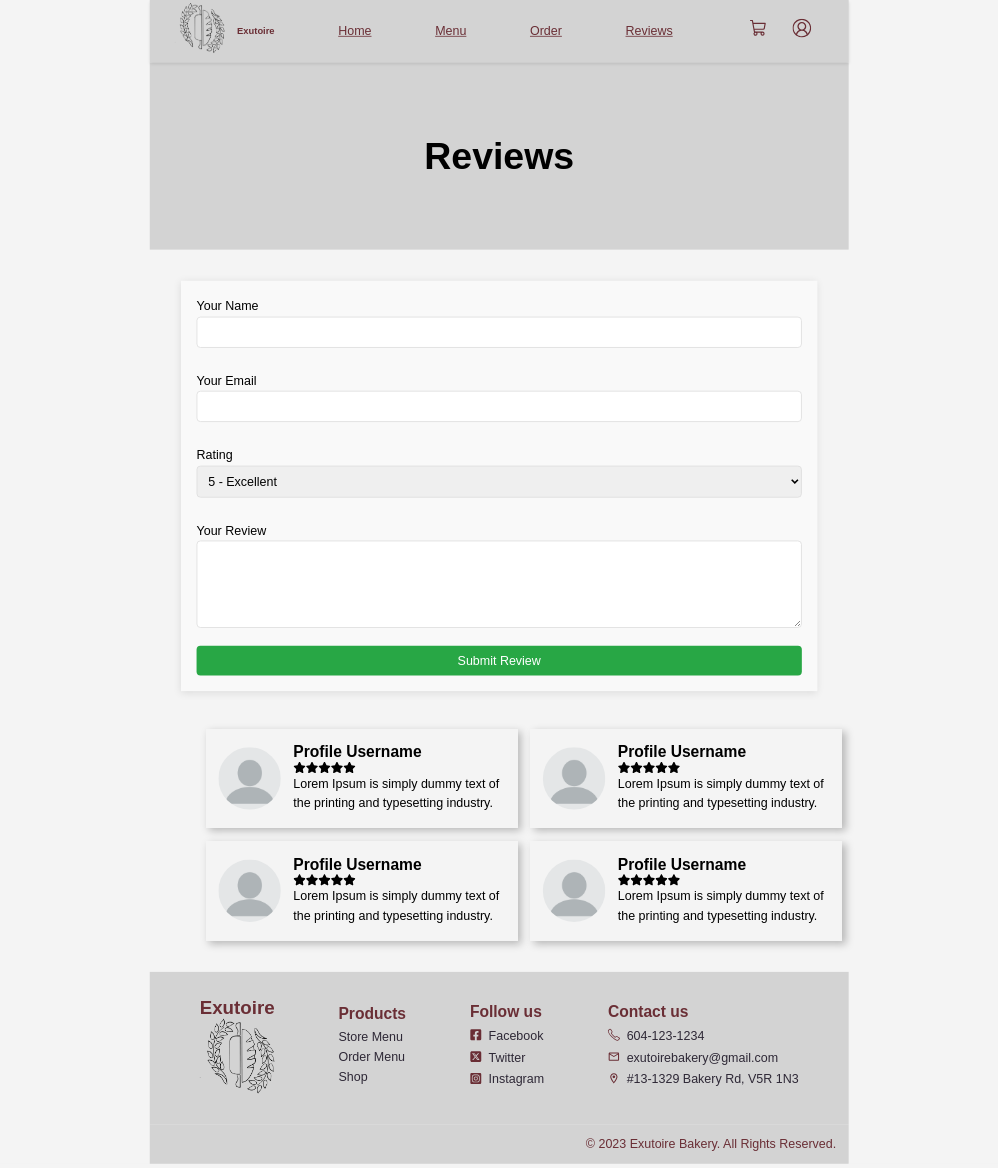
Repository: MelissaJacobi/COMP3170-final-proj
Page: /Reviews
An editor plug-in stored every save of this project. The page is shown before and after the next save, followed by the edit.
The browser window is 1280 px wide. The pictures show the whole page, at 78% of full size.
The project was rebuilt for these pictures with package versions that can differ from the ones it lists, and the page was loaded fresh each time. Also part of the build but not shown: vite.config.js, src/pages/ShoppingCart.module.css, src/components/ShoppingCartCard.module.css, src/components/ShoppingCartCard.jsx, src/components/OrderTotal.jsx, src/pages/ShoppingCart.jsx, src/pages/Profile.module.css, src/pages/Profile.jsx and 31 more.

Above is the page before, as saved 2024-10-19 19:54:46.

### src/main.jsx
import { StrictMode } from 'react'
import { createRoot } from 'react-dom/client'
import App from './App.jsx'
import './index.css'

const rootElement = document.getElementById('root');
if (rootElement) {
  createRoot(rootElement).render(
    <StrictMode>
      <App />
    </StrictMode>
  );
}

### src/App.jsx
import { BrowserRouter as Router, Routes, Route } from 'react-router-dom';
import styles from './App.module.css';
import Header from './components/Header';
import Footer from './components/Footer';
import Home from './pages/Home';
import Menu from './pages/menu';
import Bread from './pages/Bread';
import Pastries from './pages/Pastries';
import Cakes from './pages/Cakes';
import Drinks from './pages/Drinks';
import Seasonal from './pages/Seasonal';
import OrderPickUp from './pages/OrderPickUp';
import OrderDelivery from './pages/OrderDelivery';
import ShoppingCart from './pages/ShoppingCart';
import Profile from './pages/Profile';
import Reviews from './pages/reviews';

function App() {
  return (
    <Router>
      <div className={styles.appContainer}>
        <Header />
        <Routes>
          <Route path="/" element={<Home />} />
          <Route path="/menu" element={<Menu />} />
          <Route path="/menu/bread" element={<Bread />} />
          <Route path="/menu/pastries" element={<Pastries />} />
          <Route path="/menu/cakes" element={<Cakes />} />
          <Route path="/menu/drinks" element={<Drinks />} />
          <Route path="/menu/seasonal" element={<Seasonal />} />
          <Route path="/orderpickup" element={<OrderPickUp />} />
          <Route path="/orderdelivery" element={<OrderDelivery />} />
          <Route path="/shoppingcart" element={<ShoppingCart/>}/>
          <Route path="/profile" element={<Profile />}/>
          <Route path="/Reviews" element={<Reviews />}/>
        </Routes>
        <Footer />
      </div>
    </Router>
  );
}

export default App;

### src/index.css
* {
  margin: 0;
  padding: 0;
  box-sizing: border-box;
}

body {
  font-family: Arial, sans-serif;
  line-height: 1.6;
  background-color: #f4f4f4;
}

:root {
  --primary-color: lightgrey;
  --secondary-color: lightblue;
  --accent-color: #6A2E35;
  --background-color: white;
  --text-color: #2E2836;
}

### src/App.module.css
.appContainer {
    width: 70%;
    height: 100%;
    margin: auto;
}

### src/components/Header.jsx
// Header.tsx
import { Link, Route, Router, Routes } from 'react-router-dom';
import styles from './Header.module.css';
import logo from "../assets/images/logo.png";
import { PiShoppingCart } from "react-icons/pi";
import { VscAccount } from "react-icons/vsc";
import OverallCart from '../pages/ShoppingCart';
import Profile from '../pages/Profile';

export default function Header() {
  return (
    <div className={styles.container}>
      <div>
        <Link to ="/"><img src={logo} alt="Logo" className={styles.logo} /></Link>
        <p className={styles.siteTitle}>Exutoire</p>
      </div>
      <Link to="/" className={styles.links}>Home</Link>
      <Link to="/Menu" className={styles.links}>Menu</Link>
      <Link to="/OrderPickUp" className={styles.links}>Order</Link>
      <Link to="/Reviews" className={styles.links}>Reviews</Link>
      <div>
        <Link to="/ShoppingCart">
          <PiShoppingCart className={styles.icon} />
        </Link>
        <Link to="/Profile">
          <VscAccount className={styles.icon} />
        </Link>
      </div>
    </div>
  );
}

### src/components/Footer.tsx
import logo from "../assets/images/logo.png"
import styles from "./Footer.module.css"
import { FaFacebookSquare } from "react-icons/fa";
import { FaSquareXTwitter } from "react-icons/fa6";
import { FaInstagramSquare } from "react-icons/fa";
import { SlPhone } from "react-icons/sl";
import { MdOutlineMailOutline } from "react-icons/md";
import { MdOutlineLocationOn } from "react-icons/md";

export default function Footer() {

  return (
    <>
      <div className={styles.container}>
        <div>
            <p className={styles.siteTitle}>Exutoire</p>
            <img src={logo} alt="Logo" className={styles.logo}/>
        </div>
        <ul>
          <p>Products</p>
          <li>Store Menu</li>
          <li>Order Menu</li>
          <li>Shop</li>
        </ul>
        <ul>
          <p>Follow us</p>
          <li><FaFacebookSquare className={styles.socialIcon}/>Facebook</li>
          <li><FaSquareXTwitter className={styles.socialIcon}/>Twitter</li>
          <li><FaInstagramSquare className={styles.socialIcon}/>Instagram</li>
        </ul>
        <ul>
          <p>Contact us</p>
          <li><SlPhone  className={styles.socialIcon}/>604-123-1234</li>
          <li><MdOutlineMailOutline className={styles.socialIcon}/>exutoirebakery@gmail.com</li>
          <li><MdOutlineLocationOn className={styles.socialIcon}/>#13-1329 Bakery Rd, V5R 1N3</li>
        </ul>
      </div>
      <p className={styles.copywrite}>© 2023 Exutoire Bakery.  All Rights Reserved.</p>
    </>
  )
}

### src/pages/reviews.jsx
import styles from "./Reviews.module.css"
import Review from "../components/Review";

export default function Reviews() {
    return (
      <div className={styles.container}>
        <div className={styles.banner}>
            <h1>Reviews</h1>
        </div>
        <div className={styles.reviewFormContainer}>
            <form action="#" method="POST" className={styles.reviewForm}>
                <div className={styles.formGroup}>
                    <label htmlFor="name">Your Name</label>
                    <input type="text" id="name" name="name" required />
                </div>

                <div className={styles.formGroup}>
                    <label htmlFor="email">Your Email</label>
                    <input type="email" id="email" name="email" required />
                </div>

                <div className={styles.formGroup}>
                    <label htmlFor="rating">Rating</label>
                    <select id="rating" name="rating" required>
                    <option value="5">5 - Excellent</option>
                    <option value="4">4 - Good</option>
                    <option value="3">3 - Average</option>
                    <option value="2">2 - Poor</option>
                    <option value="1">1 - Terrible</option>
                    </select>
                </div>

                <div className={styles.formGroup}>
                    <label htmlFor="comments">Your Review</label>
                    <textarea id="comments" name="comments" rows="5" required></textarea>
                </div>

                <button type="submit">Submit Review</button>
            </form>
      </div>
        <div className={styles.reviews}>
            <Review />
            <Review />
            <Review />
            <Review />
        </div>

      </div>
    );
  }

### src/components/Header.module.css
.container {
    background-color: var(--primary-color);
    width: 100%;
    height: 5rem;
    display: flex;
    align-items: center;
    justify-content: space-between;
    padding: 2rem;
    position: sticky;
    top: 0;
    z-index: 1000;
    box-shadow: 0 2px 4px rgba(0, 0, 0, 0.1);
}

.logo {
    height: 4rem;
    width: 4rem;
}

.siteTitle {
    font-size: 12px;
    font-style: normal;
    font-weight: 700;
    line-height: normal;
    margin-left: 1rem;
    color: var(--accent-color)
}

.container div {
    display: flex;
    align-items: center;
}

.links {
    font-size: 16px;
    font-style: normal;
    font-weight: 400;
    line-height: normal;
    color: var(--accent-color)
}

.icon {
    height: 1.5rem;
    width: 1.5rem;
    margin: 1rem;
    color: var(--accent-color)
}

### src/components/Footer.module.css
.container {
    background-color: var(--primary-color);
    height: 100%;
    width: 100%;
    display: flex;
    flex-wrap: wrap;
    align-items: center;
    justify-content: space-between;
    padding: 2rem 4rem;
}

.container div{
    text-align: center;
}

.logo {
    width: 6rem;
    height: 6rem;
}

.siteTitle {
    font-size: 24px;
    font-style: normal;
    font-weight: 700;
    line-height: normal;
    color: var(--accent-color)
}

.container ul p {
    color: var(--accent-color);
    font-size: 20px;
    font-style: normal;
    font-weight: 700;
    line-height: normal;
}

.container ul li {
    font-size: 16px;
    font-style: normal;
    font-weight: 400;
    line-height: normal;
    margin: 0.5rem 0rem;
    padding: 0;
    list-style-type: none;
    color: var(--text-color)
}

.socialIcon {
    transform: translateY(0.1rem);
    color: var(--accent-color);
    margin-right: 0.5rem;
}

.copywrite {
    width: 100%;
    text-align: right;
    padding: 1rem;
    font-size: 16px;
    font-style: normal;
    font-weight: 400;
    line-height: normal;
    color: var(--accent-color);
    background-color: var(--primary-color);
}

### src/pages/Reviews.module.css
.container {
    width: 100%;
}

.banner {
    width: 100%;
    height: 15rem;
    display: flex;
    justify-content: center;
    align-items: center;
    background-color: var(--primary-color);
}

.container h1 {
    font-size: 48px;
    font-style: normal;
    font-weight: 700;
    line-height: normal;
}

.reviews {
    width: 100%;
    display: flex;
    justify-content: center;
    flex-wrap: wrap;
    margin: 2rem;
}


.reviewFormContainer {
    margin: 40px;
  }

  .reviewForm {
    background-color: #f9f9f9;
    padding: 20px;
    box-shadow: 0 2px 10px rgba(0, 0, 0, 0.1);
  }

  .formGroup {
    margin-bottom: 15px;
  }

  input[type="text"],
  input[type="email"],
  textarea,
  select {
    width: 100%;
    padding: 10px;
    border: 1px solid #ddd;
    border-radius: 5px;
    font-size: 16px;
  }

  button {
    width: 100%;
    padding: 10px;
    background-color: #28a745;
    color: white;
    border: none;
    border-radius: 5px;
    font-size: 16px;
    cursor: pointer;
  }

  button:hover {
    background-color: #218838;
  }

  .reviews {
    margin-top: 20px;
  }

  .review {
    display: flex;
    align-items: flex-start;
    margin-bottom: 20px;
  }

### src/components/Review.jsx
import styles from "./Review.module.css"
import profile from "../assets/images/profile.webp";
import { FaStar } from "react-icons/fa";

export default function Review() {
    return (
      <div className={styles.container}>
        <img src={profile} className={styles.profileImg} />
        <div>
            <p className={styles.username}>Profile Username</p>
            <div className={styles.rating}>
                <FaStar />
                <FaStar />
                <FaStar />
                <FaStar />
                <FaStar />
            </div>
            <p>Lorem Ipsum is simply dummy text of the printing and typesetting industry.</p>
        </div>
      </div>
    );
  }

### src/components/PickUpInformation.module.css
.formContainer {
  padding: 20px;
  margin: 0 auto;
}

h2 {
  margin-bottom: 20px;
  text-align: left;
  font-weight: 600;
  font-size: 1.5em;
}

form {
  display: flex;
  flex-direction: column;
}

.inputRow {
  display: flex;
  justify-content: space-between;
  gap: 10px;
}

input, select {
  width: 100%;
  padding: 10px;
  margin-bottom: 15px;
  border: 1px solid #ccc;
  border-radius: 5px;
  font-size: 14px;
  box-sizing: border-box;
}

input[type="tel"],
input[type="email"],
input[type="text"] {
  width: 100%;
}

button {
  width: 100%;
  padding: 15px;
  background-color: #333;
  color: #fff;
  border: none;
  border-radius: 5px;
  cursor: pointer;
  font-size: 16px;
  text-align: center;
  transition: background-color 0.3s ease;
}

button:hover {
  background-color: #555;
}

.checkboxRow {
  display: flex;
  align-items: center;
  justify-content: flex-start;
  gap: 10px;
  margin-bottom: 20px;
}

.checkboxInput {
  width: auto;
}

.checkboxLabel {
  margin-left: 0;
  white-space: nowrap;
  margin-bottom: 15px;
}

### src/components/OrderTotal.module.css
.orderTotalContainer {
    display: flex;
    flex-direction: column;
    justify-content: flex-end;
    align-items: flex-end;
}

.subtotal, .tax, .grandTotal {
    display: flex;
    flex-direction: row;
    justify-content: space-around;
    width: 55%;
    margin: 0.5rem;
}

.grandTotal {
    font-size: 40px;
    font-weight: 300;
}

.line {
    background-color: #9a9a9a;
    height: 0.2rem;
    width: 55%;
}

.lineThin {
    background-color: #9a9a9a;
    height: 0.1rem;
    width: 55%;
}

.btns, Link {
    display: flex;
    justify-content: center;
    align-items: center;
    width: 30%;
    margin-bottom: 1rem;
}

.backBtn {
    background-color: inherit;
    color: #6A2E35;
}

.checkoutBtn {
    display: flex;
    justify-content: center;
    align-items: center;
    background-color: #6A2E35;
    height: 2.7rem;
    border-radius: 0;
}

### src/components/Review.module.css
.container {
    width: 25rem;
    height: 8rem;
    Margin: 0.5rem;
    display: flex;
    align-items: center;
    box-shadow: 4px 4px 10px 0px rgba(0, 0, 0, 0.25);
}

.profileImg {
    width: 5rem;
    height: 5rem;
    border-radius: 50%;
    margin: 1rem;
}

.rating {
    display: flex;

}

.username {
    font-size: 20px;
    font-style: normal;
    font-weight: 700;
    line-height: normal;
    width: 100%;
}

Loaded but not shown: index.html (common file)

After the next save:
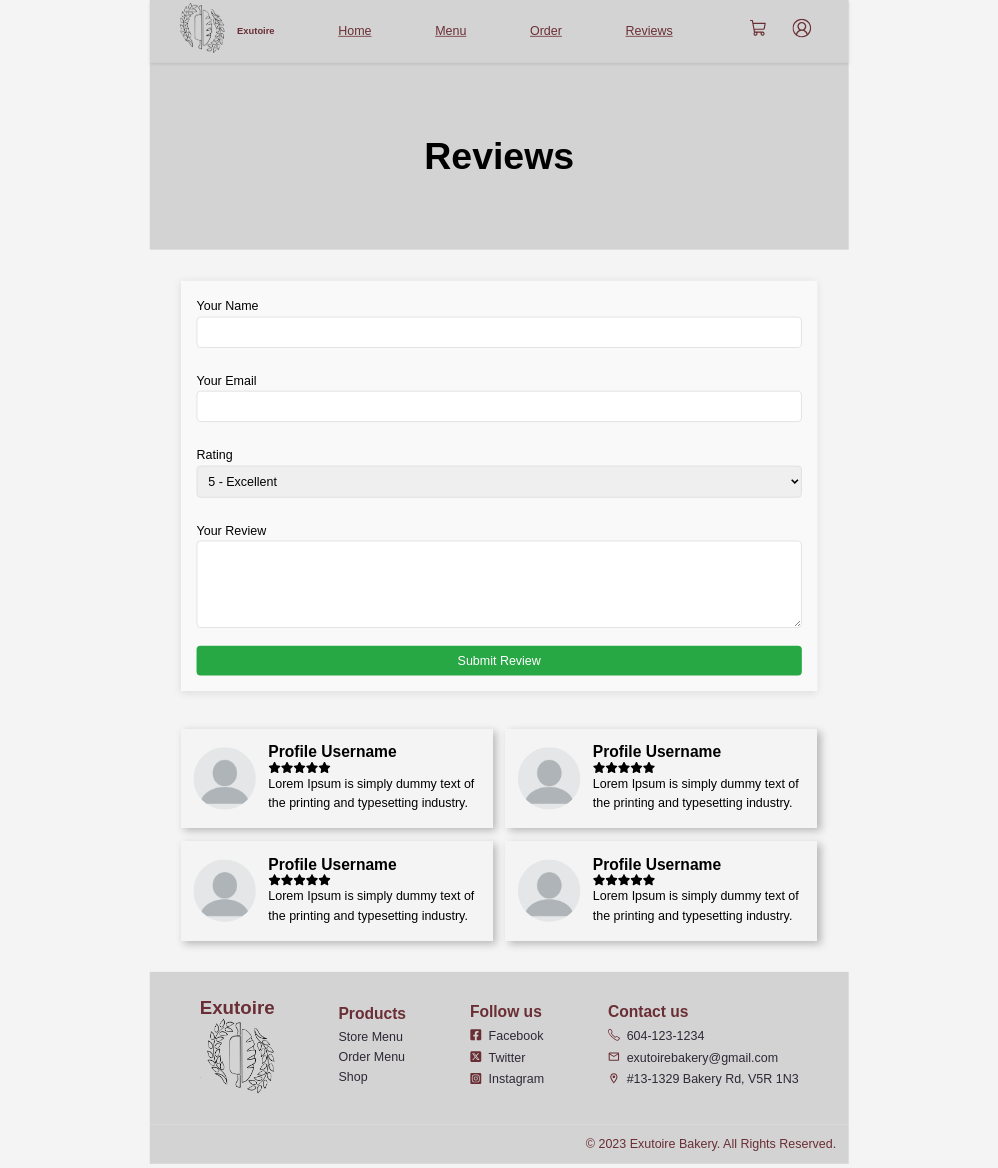
Saved 8 s later.
--- a/src/pages/Reviews.module.css
+++ b/src/pages/Reviews.module.css
@@ -23,7 +23,7 @@
     display: flex;
     justify-content: center;
     flex-wrap: wrap;
-    margin: 2rem;
+    margin: 2rem 0;
 }
 
 
